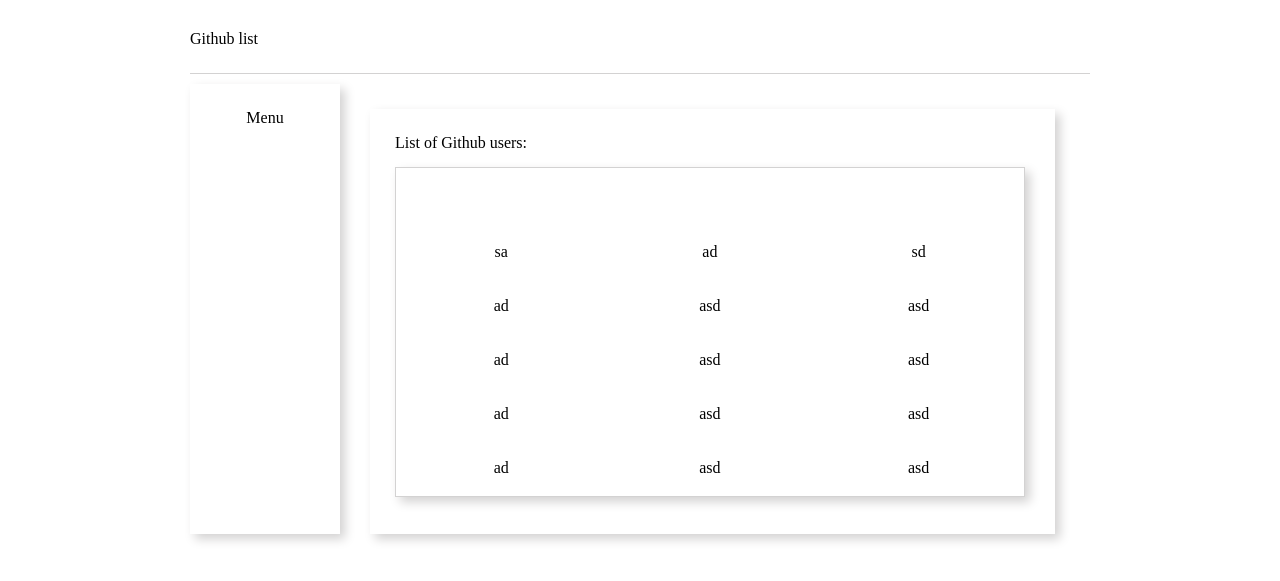
Repository: SzymonRoche/gitStars
Page: index.html
An editor plug-in stored every save of this project. The page is shown before and after a run of saves, followed by the edit.
The browser window is 1280 px wide. The pictures show the whole page.

Above is the page before, as saved 2020-02-15 18:13:00.
Console error: TypeError: Cannot set properties of undefined (setting 'left')

After the next 4 saves:
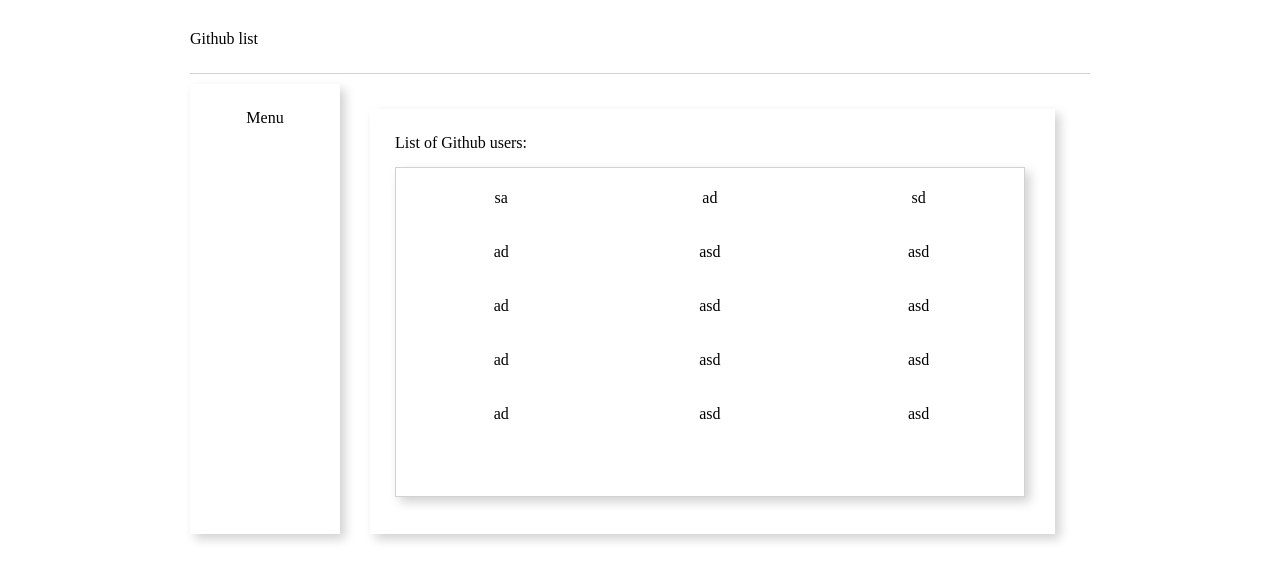
Console error: SyntaxError: Missing initializer in const declaration
The 4 saves are shown as one change because they came seconds apart.
The last was saved 16 s later.
--- a/main.js
+++ b/main.js
@@ -5,7 +5,7 @@ function CreateTabele(left, mid, right) {
     const tab = document.querySelector(".my-table");
 
     const tabela = tab.insertRow(0);
-
+    const tabela2
     this.left = tabela.insertCell(0);
     this.mid = tabela.insertCell(1);
     this.right = tabela.insertCell(2);
